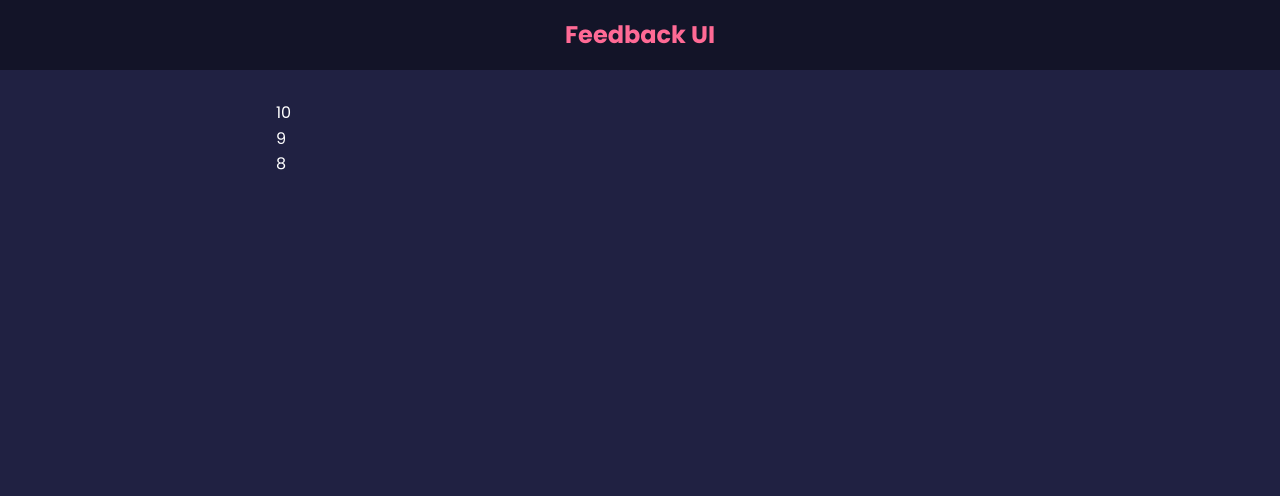
Repository: minhtien9/Feedback_App
Page: /
The author's editor kept a copy of each file at every save. The page is drawn from the files as they stood at one save, then again after the next save.
The browser window is 1280 px wide. The pictures show the whole page.
The project was rebuilt for these pictures with package versions that can differ from the ones it lists, and the page was loaded fresh each time.

Above is the page before, as saved 2022-02-17 18:13:13.

After the next save:
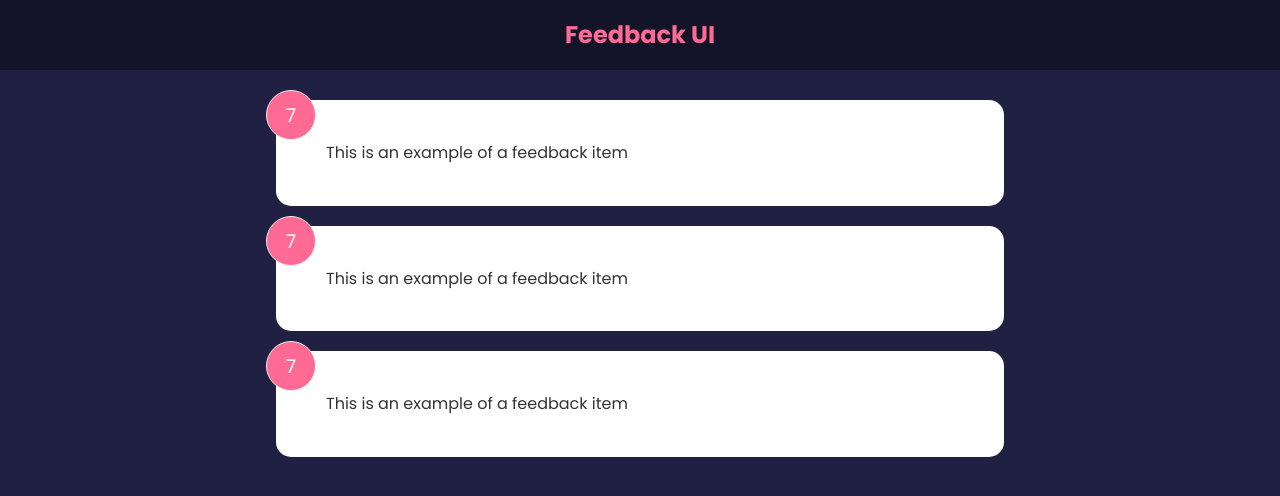
Saved 78 s later.
--- a/src/components/FeedbackList.jsx
+++ b/src/components/FeedbackList.jsx
@@ -1,11 +1,10 @@
-FeedbackList.propTypes = {}
-
+import FeedbackItem from './FeedbackItem'
 function FeedbackList({ feedback }) {
     if (!feedback || feedback.length === 0) return <p>No Feedback Yet</p>
     return (
         <div className='feedback-list'>
             {feedback.map((item) => (
-                <div>{item.rating}</div>
+                <FeedbackItem key={item.id} item={item} />
             ))}
         </div>
     )
